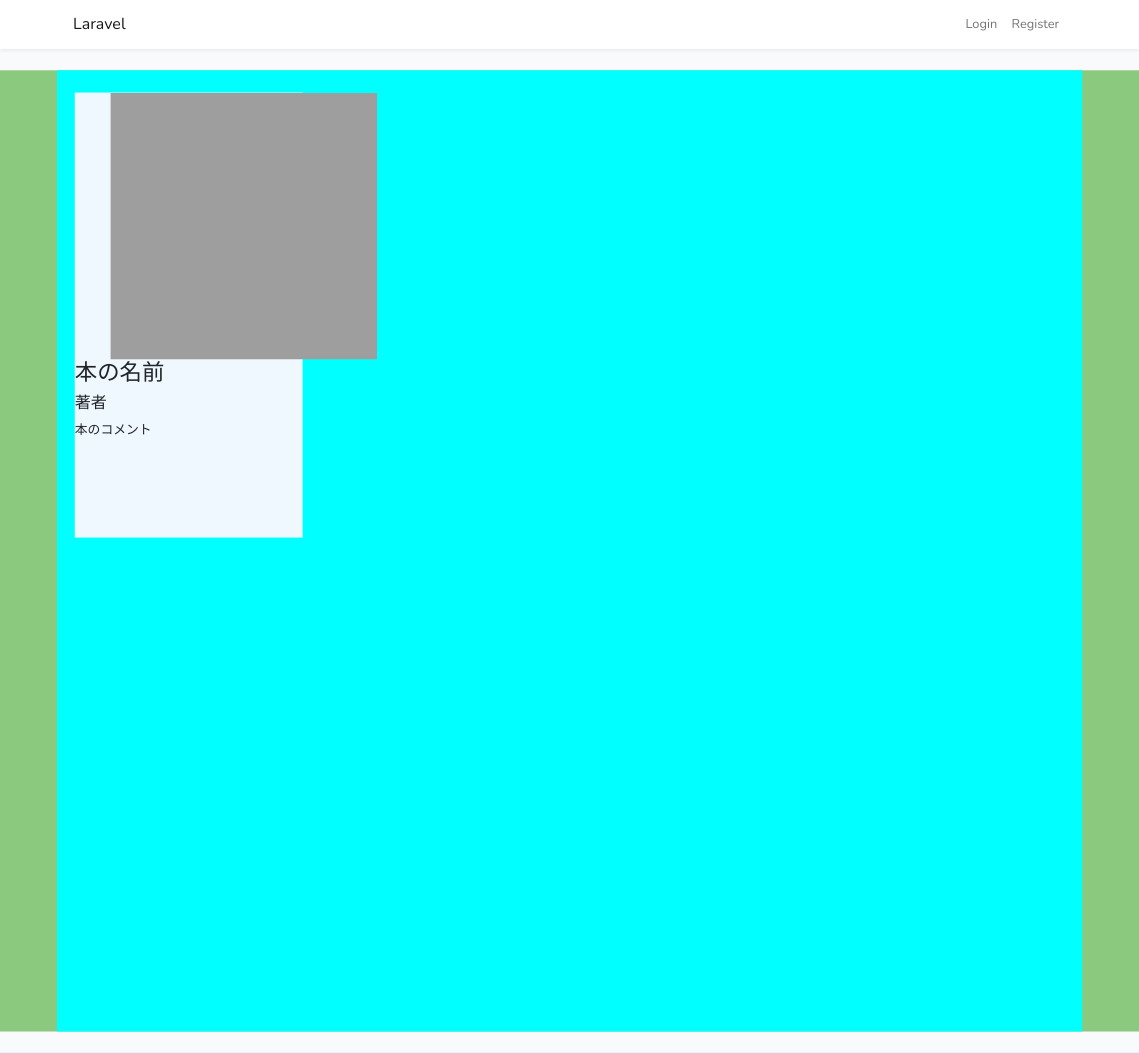
Repository: yamamotoryota1998/Bookreminder
Page: http://localhost/
The author's editor kept a copy of each file at every save. The page is drawn from the files as they stood at one save, then again after the next save.
The browser window is 1280 px wide. The pictures show the whole page, at 89% of full size.
Pictures or frames that could not be fetched are drawn as grey boxes. The page is served by the project's Laravel application, run on PHP 8.4 with Laravel 9. Style sheets and scripts are compiled from the project's sources, by tool versions that may differ from the author's.

Above is the page before, as saved 2023-04-07 13:15:03.

After the next save:
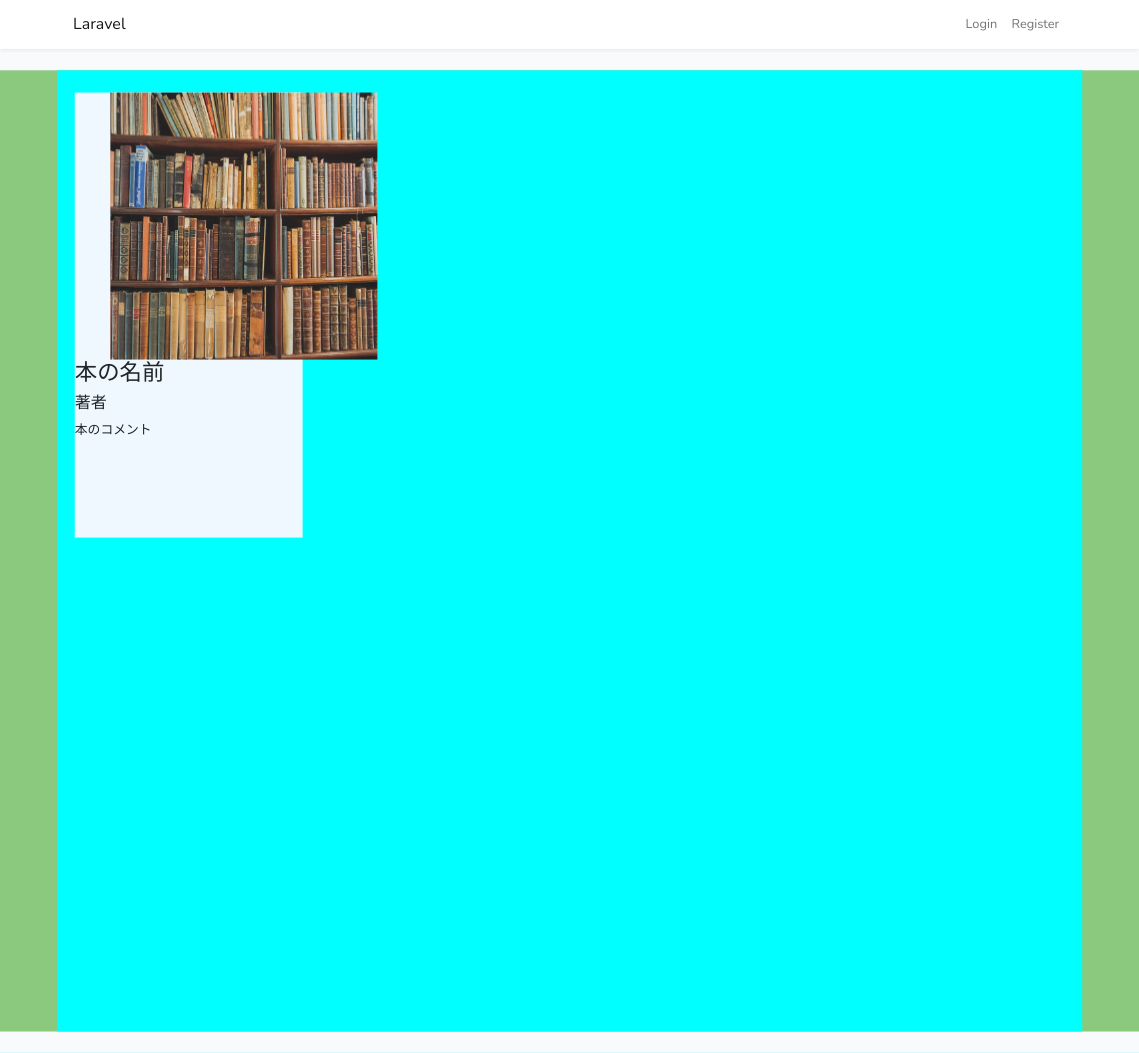
Saved 63 s later.
--- a/resources/views/home.blade.php
+++ b/resources/views/home.blade.php
@@ -4,7 +4,7 @@
 <div class="wrapper-all" >
     <div class="wrapper-contents">
         <div class="contents">
-            <img src="C:\Users\cocoa\Desktop\Book reminder\Bookproject\public\img\本棚.jpg" class="book-img">
+            <img src="/public/img/本棚.jpg" class="book-img">
             <h3 class="book-name">本の名前</h3>
             <h5 class="book-artist">著者</h5>
             <p class="book-comment">本のコメント</p>
